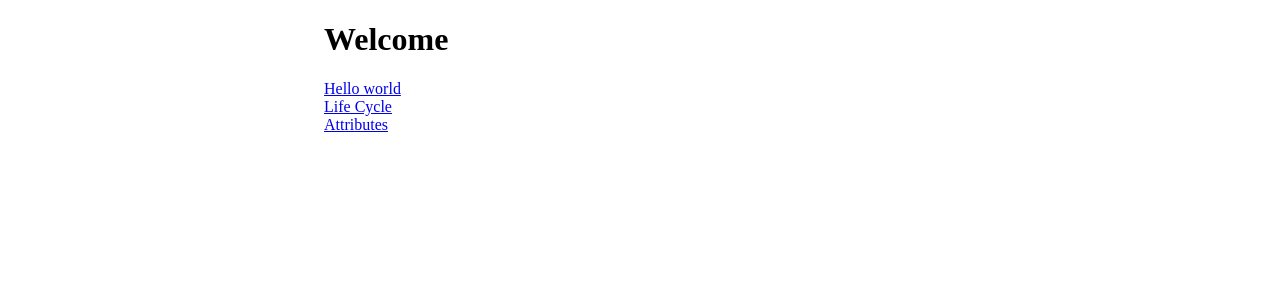
Repository: poobalan5397/corejava
Page: firstWebsite/src/main/webapp/index.html
These files come from the project's save history. The page is drawn as it stood at one moment and after the next save; the edit follows.
The browser window is 1280 px wide. The pictures show the whole page.

Above is the page before, as saved 2022-05-20 07:29:01.

### firstWebsite/src/main/webapp/index.html
<!DOCTYPE html>
<html>
<head>
<meta charset="ISO-8859-1">
<title>Insert title here</title>
</head>
<body>
<div style="width: 50%; margin: 0 auto">
<h1>	Welcome</h1>
<div>
<a href="/firstWebsite/HelloWorld">Hello world</a>
</div>
<div>
<a href="/firstWebsite/LifeCycle">Life Cycle</a>
</div>
<div>
<a href="/firstWebsite/Attributes.html">Attributes</a>
</div>
</div>
</body>
</html>

After the next save:
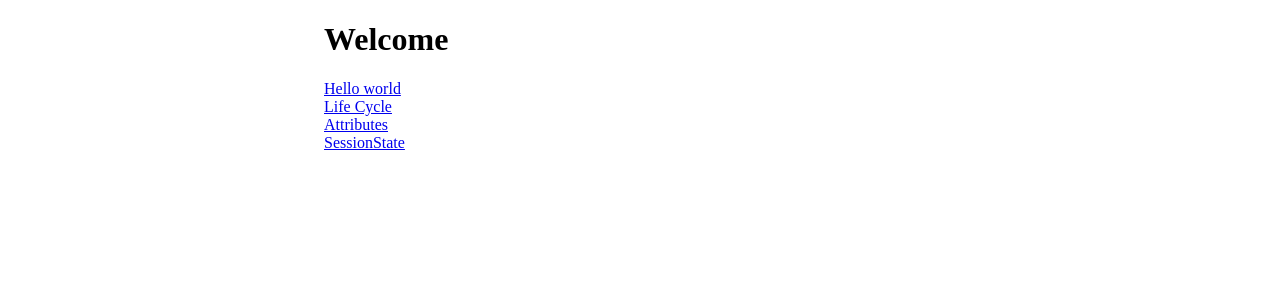
Saved 68 s later.
--- a/firstWebsite/src/main/webapp/index.html
+++ b/firstWebsite/src/main/webapp/index.html
@@ -16,6 +16,9 @@
 <div>
 <a href="/firstWebsite/Attributes.html">Attributes</a>
 </div>
+<div>
+<a href="/firstWebsite/SessionState.html">SessionState</a>
+</div>
 </div>
 </body>
 </html>
